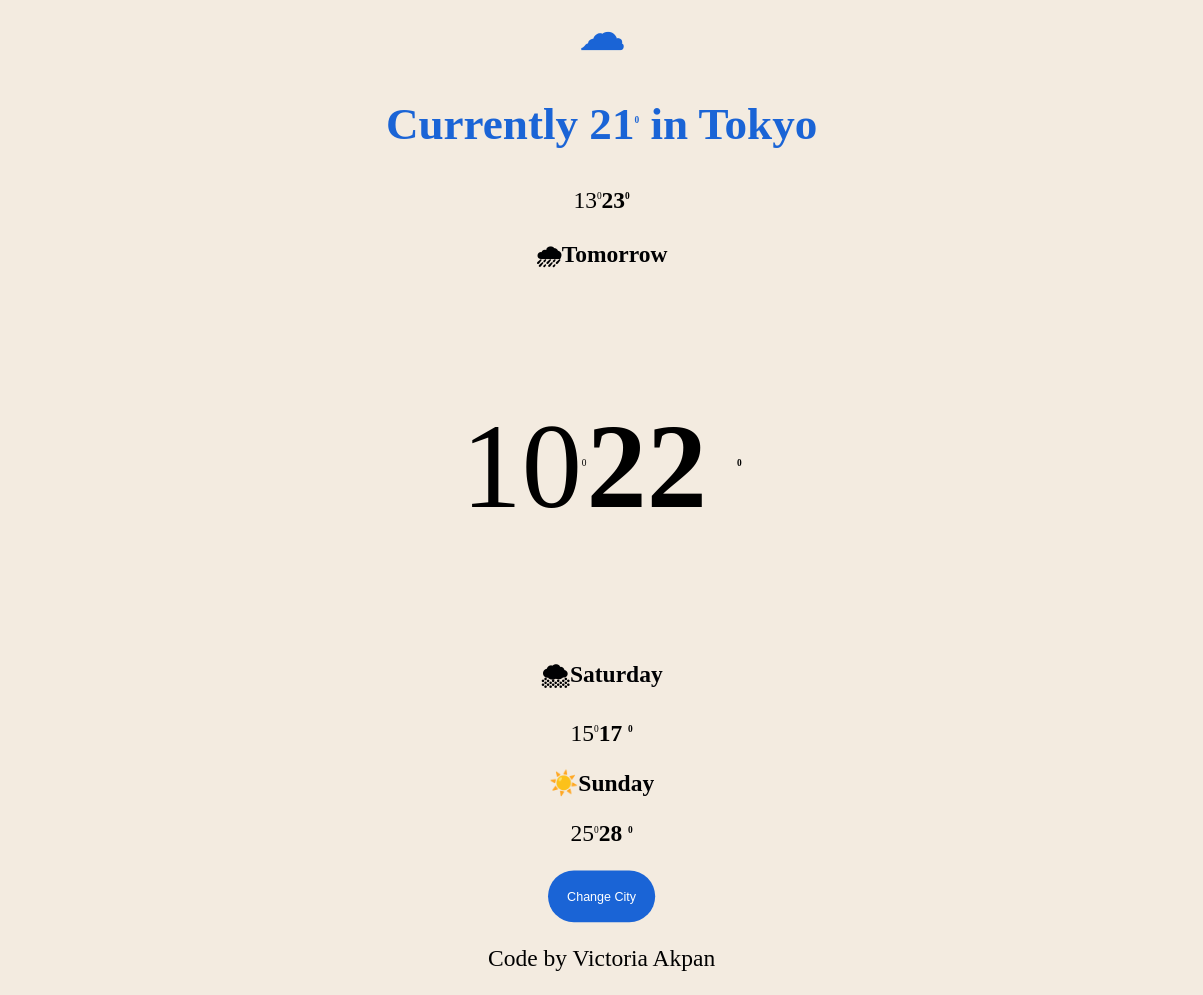
Repository: VickyJacob23/SheCode
Page: firstCode/weatherAppHomeWork.html
These files come from the project's save history. The page is drawn as it stood at one moment and after the next save; the edit follows.
The browser window is 1280 px wide. The pictures show the whole page, at 94% of full size.

Above is the page before, as saved 2024-08-26 23:56:39.

After the next save:
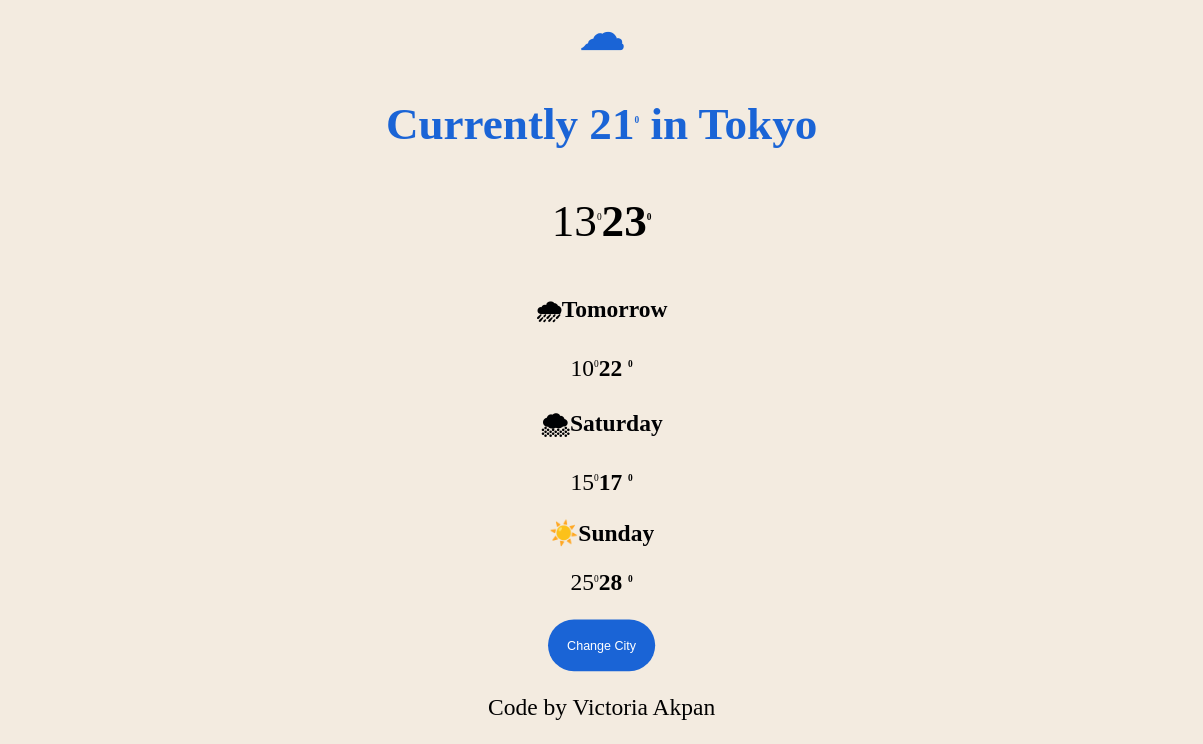
Saved 32 s later.
--- a/firstCode/weatherAppHomeWork.html
+++ b/firstCode/weatherAppHomeWork.html
@@ -51,7 +51,7 @@
             cursor:pointer
         }
         #bold{
-            font-size: 8em;
+            font-size: 3em;
         }
     </style>
 </head>
@@ -61,12 +61,12 @@
         <section class="title">
             <div class="icon">☁</div>
             <h1>Currently 21<sup>0</sup> in Tokyo</h1>
-            <p>13<sup>0</sup><span>23<sup>0</sup></span></p>
+            <p id="bold">13<sup>0</sup><span>23<sup>0</sup></span></p>
         </section>
 
         <section>
             <div class="subtitle">🌧Tomorrow</div>
-            <p id="bold">10<sup>0</sup><span>22 <sup>0</sup></span></p>
+            <p >10<sup>0</sup><span>22 <sup>0</sup></span></p>
         </section>
 
         <section>
